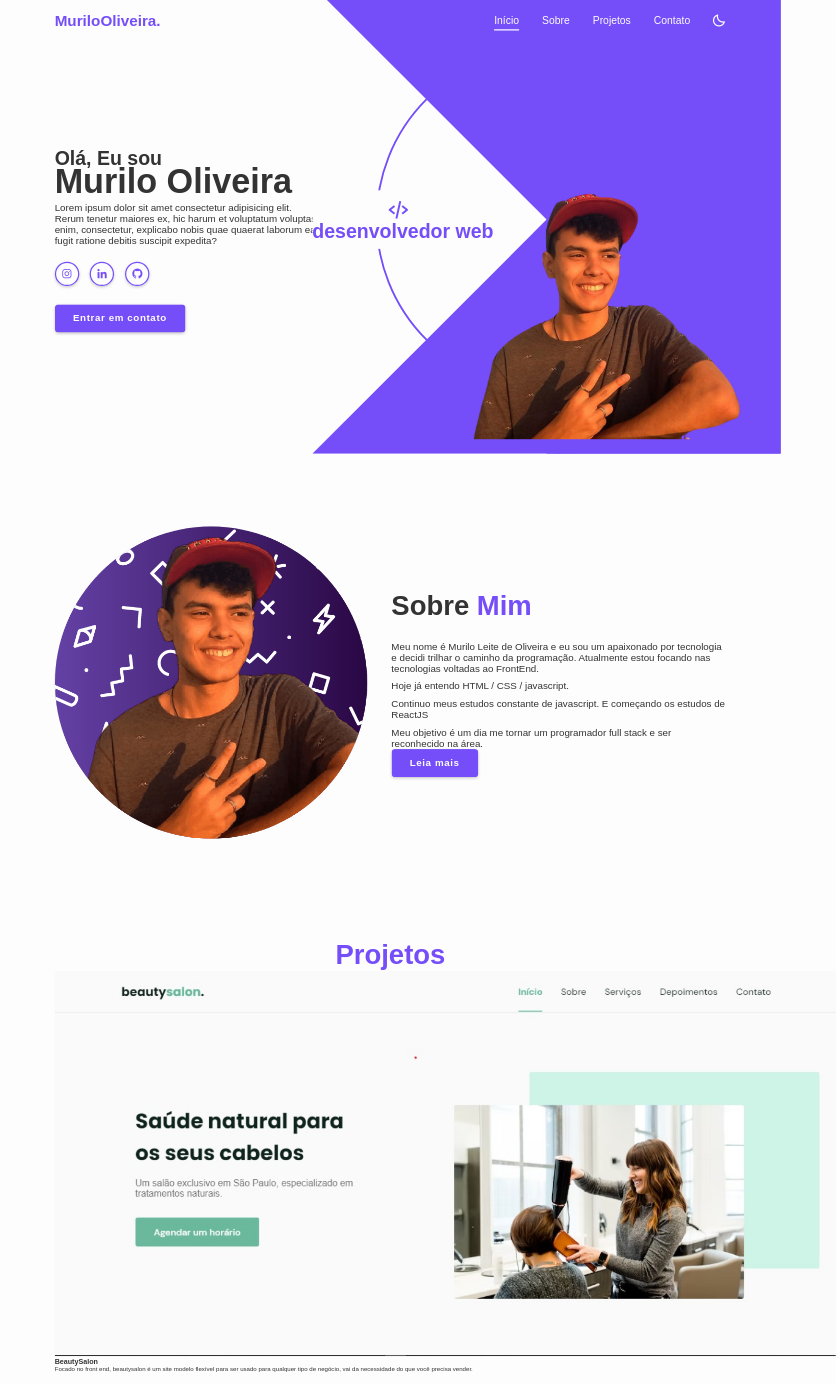
Repository: devMuriloOliveira/Portfolio-
Page: index.html
An editor plug-in stored every save of this project. The page is shown before and after the next save, followed by the edit.
The browser window is 1280 px wide. The page is 1370 px wide, then 1280 px, so the pictures cover 1370 px, including what lies to the right of the window. The pictures show the whole page, at 61% of full size.
Some web fonts or font styles are not loaded; a fallback is used.

Above is the page before, as saved 2023-03-12 17:30:35.

### index.html
<!DOCTYPE html>
<html lang="en">
  <head>
    <meta charset="UTF-8" />
    <meta http-equiv="X-UA-Compatible" content="IE=edge" />
    <meta name="viewport" content="width=device-width, initial-scale=1.0" />
    <title>Murilo Oliveira</title>

    <!--box icons-->
    <link
      href="https://unpkg.com/boxicons@2.1.4/css/boxicons.min.css"
      rel="stylesheet"
    />

    <!--font-->
    <link
      rel="stylesheet"
      href="https://fonts.googleapis.com/css2?family=Material+Symbols+Outlined:opsz,wght,FILL,GRAD@20..48,100..700,0..1,-50..200"
    />

    <!--css-->
    <link rel="stylesheet" href="style.css" />
  </head>
  <body>
    <header class="header">
      <a class="logo" href="#">Murilo<span>Oliveira</span>.</a>

      <nav class="navbar">
        <a href="#inicio" class="active">Início</a>
        <a href="#sobre">Sobre</a>
        <a href="#projetos">Projetos</a>
        <a href="#contato">Contato</a>
      </nav>

      <div class="bx bx bx-moon" id="darkMode-icon"></div>
    </header>

    <!------------inicio------------>

    <section class="inicio" id="inicio">
      <div class="inicio-content">
        <h3>Olá, Eu sou</h3>
        <h1>Murilo Oliveira</h1>
        <p>
          Lorem ipsum dolor sit amet consectetur adipisicing elit. Rerum tenetur
          maiores ex, hic harum et voluptatum voluptas enim, consectetur,
          explicabo nobis quae quaerat laborum ea fugit ratione debitis suscipit
          expedita?
        </p>

        <div class="social-media">
          <a href="#"><i class="bx bxl-instagram"></i></a>
          <a href="#"><i class="bx bxl-linkedin"></i></a>
          <a href="#"><i class="bx bxl-github"></i></a>
        </div>

        <a href="#" class="btn">Entrar em contato</a>
      </div>

      <div class="profession-container">
        <div class="profession-box">
          <div class="profession" style="--i: 0">
            <i class="bx bx-code-alt"></i>
            <h3>desenvolvedor web</h3>
          </div>
          <div class="profession" style="--i: 1">
            <i class="bx bx-code-alt"></i>
            <h3>desenvolvedor web</h3>
          </div>
          <div class="profession" style="--i: 2">
            <i class="bx bx-code-alt"></i>
            <h3>desenvolvedor web</h3>
          </div>
          <div class="profession" style="--i: 3">
            <i class="bx bx-code-alt"></i>
            <h3>desenvolvedor web</h3>
          </div>
          <div class="circle"></div>
        </div>

        <div class="overlay"></div>
      </div>

      <div class="inicio-img">
        <img src="assets/homem_sorrindo-removebg-preview.png" alt="" />
      </div>
    </section>

    <!------------sobre------------>

    <section class="sobre" id="sobre">
      <div class="sobre-img">
        <img src="/assets/profile-pic (4).png" alt="" />
      </div>

      <div class="sobre-content">
        <h2 class="heading">Sobre <span>Mim</span></h2>

        <p>
          Meu nome é Murilo Leite de Oliveira e eu sou um apaixonado por
          tecnologia e decidi trilhar o caminho da programação. Atualmente estou
          focando nas tecnologias voltadas ao FrontEnd.
        </p>
        <br />
        <p>Hoje já entendo HTML / CSS / javascript.</p>
        <br />
        <p>
          Continuo meus estudos constante de javascript. E começando os estudos
          de ReactJS
        </p>
        <br />
        <p>
          Meu objetivo é um dia me tornar um programador full stack e ser
          reconhecido na área.
        </p>

        <a href="#" class="btn">Leia mais</a>
      </div>
    </section>

    <!------------projetos------------>

    <section class="projetos" id="projetos">
      <h2 class="heading"><span>Projetos</span></h2>

      <div class="projetos-wrapper">
        <div class="projetos-box">
          <div class="projetos-content">
            <div class="projetos-slide">
              <img src="/assets/salon.jpg" alt="" />
              <h3>BeautySalon</h3>
              <p>
                Focado no front end, beautysalon é um site modelo flexível para
                ser usado para qualquer tipo de negócio, vai da necessidade do
                que você precisa vender.
              </p>
            </div>
          </div>
        </div>
      </div>
    </section>

    <script src="/main.js"></script>
  </body>
</html>

### style.css
*{
  margin: 0;
  padding: 0;
  box-sizing: border-box;
  text-decoration: none;
  border: none;
  outline: none;
  scroll-behavior: smooth;
  font-family: 'Poppins', sans-serif;
}

:root{
  --bg-color: #fdfdfd;
  --text-color: #333;
  --main-color: #754ef9;
  --white-color: #fdfdfd;
  --shadow-color: rgba(0, 0, 0, .2);
}

html{
  font-size: 62.5%;
  overflow-x: hidden;
}

body{
  background: var(--bg-color);
  color: var(--text-color);
}

.header{
  position: fixed;
  top: 0;
  left: 0;
  width: 100%;
  padding: 2rem 7%;
  background: transparent;
  display: flex;
  align-items: center;
  z-index: 100;
  transition: .5s;
}

.sticky{
  background: var(--bg-color);
  box-shadow: 0 .1rem 1rem var(--shadow-color);
}

.logo{
  font-size: 2.5rem;
  color: var(--main-color);
  font-weight: 600;
  cursor: default;
  margin-right: auto;
}

.navbar a{
  position: relative;
  font-size: 1.7rem;
  color: var(--white-color);
  font-weight: 500;
  margin-right: 3.5rem;
}

 .sticky .navbar a{
  color: var(--text-color);
}

 .sticky .navbar a.active{
  color: var(--main-color);
}


.navbar a.active::before{
  content: '';
  position: absolute;
  left: 0;
  bottom: -6px;
  width: 100%;
  height: .2rem;
  background: var(--white-color);
}

  .sticky .navbar a::before{
  background: var(--main-color);
  opacity: .7;
}


#darkMode-icon{
  font-size: 2.4rem;
  color: var(--white-color);
  cursor: pointer;
}

.sticky #darkMode-icon{
  color: var(--text-color);
  opacity: .9;
}

section{
  min-height: 100vh;
  padding: 10rem 7% 2rem;
}

.inicio{
  display: flex;
  align-items: center;
}

.inicio .inicio-content{
  max-width: 44rem;
}

.inicio-content h3{
  font-size: 3.2rem;
  font-weight: 700;
  line-height: .3;
}

.inicio-content h1{
  font-size: 5.6rem;
  font-weight: 700;
  margin-bottom: .3rem;
}

.inicio-content p{
  font-size: 1.6rem;
}

.inicio-content .social-media a{
  display: inline-flex;
  justify-content: center;
  align-items: center;
  width: 4rem;
  height: 4rem;
  background: transparent;
  border: .2rem solid var(--main-color);
  border-radius: 50%;
  box-shadow: 0 .2rem .5rem var(--shadow-color);
  font-size: 2rem;
  color: var(--main-color);
  margin: 2.5rem 1.5rem 3rem 0;
  transition: .5s ease;
}

.inicio-content .social-media a:hover{
  background: var(--main-color);
  color: var(--white-color);
}

.btn{
  display: inline-block;
  padding: 1.2rem 2.8rem;
  background: var(--main-color);
  border-radius: .6rem;
  box-shadow: 0 .2rem .5rem var(--shadow-color);
  font-size: 1.6rem;
  color: var(--white-color);
  letter-spacing: .1rem;
  font-weight: 600;
  border: .2rem solid transparent;
  transition: .5s ease;
}

.btn:hover{
  background: transparent;
  color: var(--main-color);
  border-color: var(--main-color);
}

.inicio .profession-container{
  position: absolute;
  top: 50%;
  right: 0;
  transform: translateY(-50%);
  width: 768px;
  height: 768px;

  overflow: hidden;
  pointer-events: none;
}

.inicio .profession-container .profession-box{
  position: absolute;
  top: 0;
  right: 0;
  width: 768px;
  height: 768px;
  border-radius: 50%;
  display: flex;
  justify-content: center;
  align-items: center;
}

.inicio .profession-box .profession{
  position: absolute;
  left: 0;
  display: flex;
  align-items: center;
  flex-direction: column;
  color: var(--main-color);
  transform: rotate(calc(360deg / 4 * var(--i)));
  transform-origin: 384px;
  background: var(--bg-color);
  padding: 13px 0;
}

.inicio .profession-box .profession:nth-child(1) i {
  margin-right: 15px;
}

.inicio .profession-box .profession:nth-child(2),
.inicio .profession-box .profession:nth-child(4) {
  padding-bottom: 20px;
}

.inicio .profession i{
  font-size: 3.8rem;
}

.inicio .profession h3{
  font-size: 3.2rem;
  line-height: 1;
  font-weight: 600;
}

.inicio .profession-box .circle{
  width: 560px;
  height: 560px;

  border: 3px solid var(--main-color);
  border-radius: 50%;
}

.inicio .profession-container .overlay{
  position: absolute;
  top: 0;
  right: 0;
  width: 0;
  height: 0;
  border-top: 384px solid var(--main-color);
  border-right: 384px solid var(--main-color);
  border-bottom: 384px solid var(--main-color);
  border-left: 384px solid transparent;

}

.inicio-img img{
  position: absolute;
  bottom: 0;
  right: 0;
  width: 50%;
  pointer-events: none;
}

span{
  color: var(--main-color);
}

.sobre{
  display: flex;
  justify-content: center;
  align-items: center;
  gap: 4rem;
}

.sobre-img img{
  width: 40vw;
}

.heading{
  font-size: 4.5rem;
  text-align: center;
}

.sobre-content h2{
  text-align: left;
  line-height: 1.2;
  margin-bottom: 3rem;
}

.sobre-content p{
  font-size: 1.6rem;

}

/*--------------------projetos-------------------*/

.projetos

### main.js
window.addEventListener('scroll', function () {
  const header = document.querySelector('.header')
  header.classList.toggle('sticky', window.scrollY > 100)
})

/*window.onscroll = () => {
  let header = document.querySelector('.header')

  header.classList.toggle('sticky', window.scrollY > 100)
}*/

After the next save:
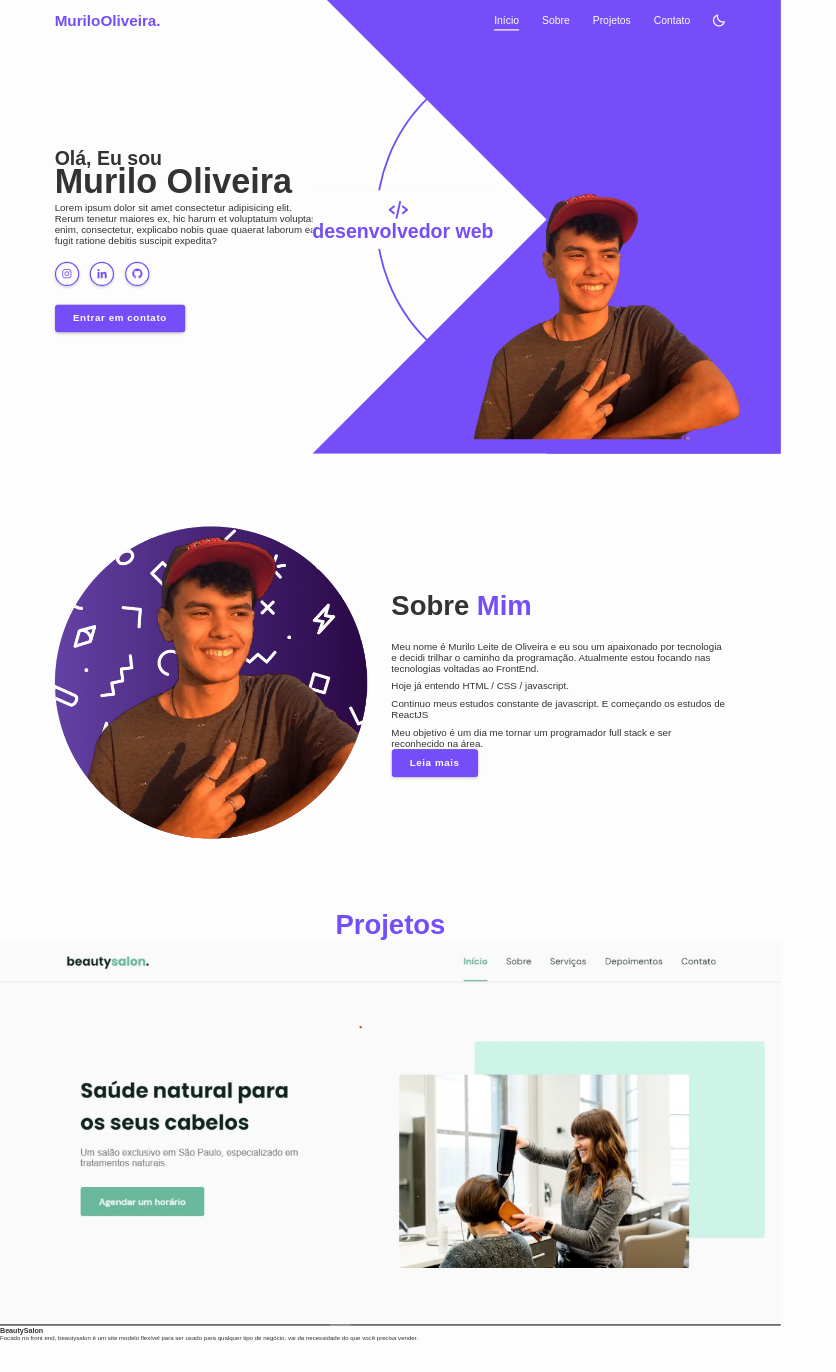
Saved 53 s later.
--- a/style.css
+++ b/style.css
@@ -286,4 +286,10 @@ span{
 
 /*--------------------projetos-------------------*/
 
-.projetos
+.projetos{
+  display: flex;
+  align-items: center;
+  flex-direction: column;
+  width: 100%;
+  padding: 5rem 1rem;
+}
